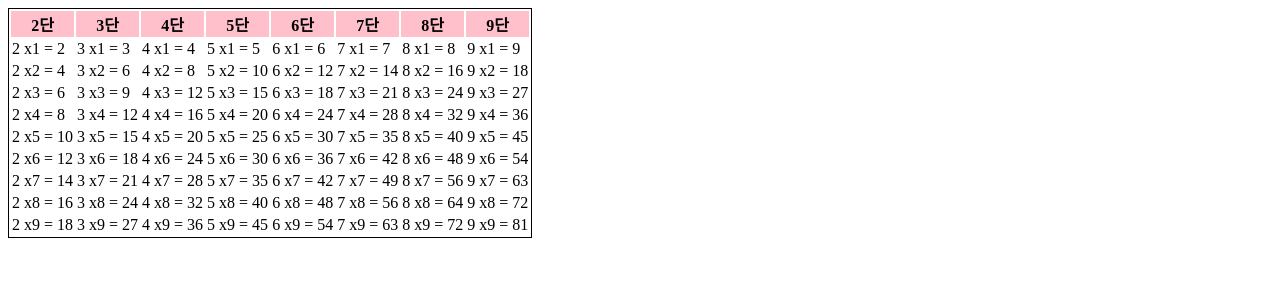
Repository: gom0109/JSP_DK
Page: http://localhost/01_Basic/01_basic/Ex12_김동욱.jsp
An editor plug-in stored every save of this project. The page is shown before and after the next save, followed by the edit.
The browser window is 1280 px wide. The pictures show the whole page.
The page is served by Tomcat 9.

Above is the page before, as saved 2021-01-19 04:55:59.

After the next save:
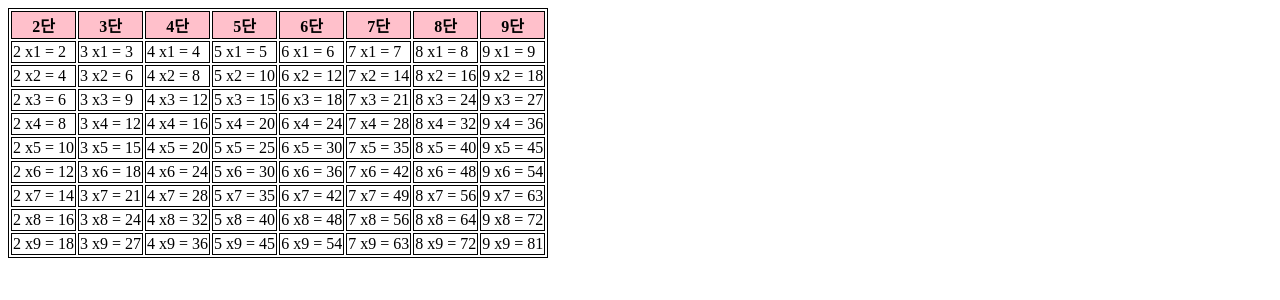
Saved 17 s later.
--- a/01_Basic/WebContent/01_basic/Ex12_김동욱.jsp
+++ b/01_Basic/WebContent/01_basic/Ex12_김동욱.jsp
@@ -5,7 +5,7 @@
  th{
  	background: pink
  }
- table{
+ table,th,td{
  	border: 1px solid black;
  }
 
